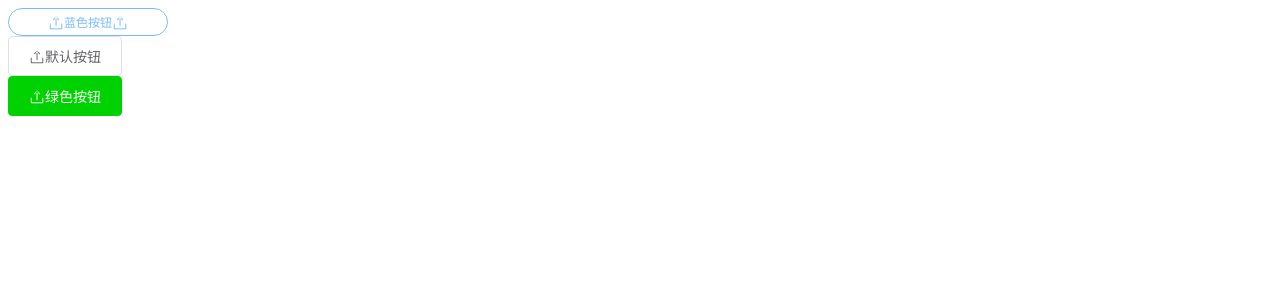
Repository: Cherry-pan/component-packing
Page: /
An editor plug-in stored every save of this project. The page is shown before and after the next save, followed by the edit.
The browser window is 1280 px wide. The pictures show the whole page.
The project was rebuilt for these pictures with package versions that can differ from the ones it lists, and the page was loaded fresh each time. Also part of the build but not shown: vue.config.js.

Above is the page before, as saved 2022-04-30 15:21:00.

### index.html
<!DOCTYPE html>
<html>
  <head>
    <meta charset="utf-8">
    <meta name="viewport" content="width=device-width,initial-scale=1.0">
    <title>component-packing</title>
  </head>
  <body>
    <div id="app"></div>
    <!-- built files will be auto injected -->
  </body>
</html>

### src/main.js
// The Vue build version to load with the `import` command
// (runtime-only or standalone) has been set in webpack.base.conf with an alias.
import Vue from 'vue'
import App from './App'
import router from './router'

Vue.config.productionTip = false
// 引入icon css样式
import "./styles/icon/iconfont.css"
/* eslint-disable no-new */
new Vue({
  el: '#app',
  router,
  components: { App },
  template: '<App/>'
})

### src/styles/icon/iconfont.css
@font-face {
  font-family: "iconfont"; /* Project id 3369880 */
  src:url('iconfont.ttf?t=1651302272505') format('truetype');
}

.iconfont {
  font-family: "iconfont" !important;
  font-size: 16px;
  font-style: normal;
  -webkit-font-smoothing: antialiased;
  -moz-osx-font-smoothing: grayscale;
}

.icon-shangchuan:before {
  content: "\e600";
}

### src/components/Home.vue
<template>
  <div>
    <AButton type="primary" border round disabled size="mini" minWidth="160px" prefix="shangchuan" suffix="shangchuan">
      蓝色按钮
    </AButton>
    <AButton>
      默认按钮
    </AButton>
    <AButton type="success">
      绿色按钮
    </AButton>
  </div>
</template>

<script>
export default {
  name: "Home",
  components: {
    AButton: () => import("@/components/button/Button.vue")
  },

  data() {
    return {};
  }
};
</script>

<!-- Add "scoped" attribute to limit CSS to this component only -->
<style scoped></style>

### src/components/button/Button.vue
<template>
  <div>
    <button
      :class="[theme, isBorder, isRound, specifications]"
      :disabled="disabled"
      class="a-button"
      :style="[minWidthCss]"
    >
      <span>
        <i class="iconfont icon-prefix icon-shangchuan" :class="iconPrefix"></i>
        <slot></slot>
        <i class="iconfont icon-suffix" :class="iconSuffix"></i>
      </span>
    </button>
  </div>
</template>

<script>
export default {
  name: "Button",
  props: {
    //   类型
    type: {
      type: String,
      default: ""
    },
    // 边框
    border: Boolean, //默认是false
    // 圆角
    round: Boolean,
    // 是否禁用
    disabled: Boolean,
    size: {
      type: String,
      default: ""
    },
    minWidth: {
      type: String,
      default: ""
    },
    prefix: {
      type: String,
      default: ""
    },
    suffix:{
        type:String,
        default:""
    }
  },
  computed: {
    // 监听变化
    theme() {
      console.log(this.type);
      // 如果有值，返回
      return this.type ? `a-button-${this.type}` : "";
    },
    isBorder() {
      return this.border ? "is-border" : "";
    },
    isRound() {
      console.log(this.round);
      return this.round ? "is-round" : "";
    },
    specifications() {
      return this.size ? `a-button-${this.size}` : "";
    },
    minWidthCss() {
      // 如果没有值，返回空，有值拼接css样式
      if (!this.minWidth) {
        return "";
      }
      return { "min-width": this.minWidth };
    },
    iconPrefix() {
      return this.prefix ? `icon-${this.prefix}` : "";
    },
    iconSuffix(){
        return this.suffix ? `icon-${this.suffix}`:""
    }
  },
  data() {
    return {};
  },

  mounted() {},

  methods: {}
};
</script>

<style lang="scss" scoped>
.a-button {
  padding: 0 20px 0 20px;
  border-width: 1px;
  border-color: #dcdfe6;
  border-style: solid;
  border-radius: 4px;
  background-color: white;
  font-size: 14px;
  color: #606266;
  height: 40px;
  line-height: 40px;
  > span {
    display: flex;
    align-items: center;
    justify-content: center;
  }
}
// 禁用 透明度
.a-button[disabled] {
  opacity: 0.7;
  // 鼠标变成禁用
  cursor: not-allowed;
}
.a-button-primary {
  border-color: #409eff;
  background-color: #409eff;
  color: white;
  &.is-border {
    background-color: transparent;
    color: #409eff;
  }
}
.a-button-success {
  border-color: #00d100;
  background-color: #00d100;
  color: white;
  &.is-border {
    background-color: transparent;
    color: #00d100;
  }
}
.a-button-warning {
  border-color: #e6a23c;
  background-color: #e6a23c;
  color: white;
  &.is-border {
    background-color: transparent;
    color: #e6a23c;
  }
}
.a-button-danger {
  border-color: #f56c6c;
  background-color: #f56c6c;
  color: white;
  &.is-border {
    background-color: transparent;
    color: #f56c6c;
  }
}
// 圆角
.is-round {
  border-radius: 100px;
}
// 尺寸
.a-button-medium {
  height: 36px;
  line-height: 36px;
}
.a-button-small {
  height: 32px;
  line-height: 32px;
  font-size: 12px;
  padding: 0 15px 0 15px;
}
.a-button-mini {
  height: 28px;
  line-height: 28px;
  font-size: 12px;
  padding: 0 15px 0 15px;
}
</style>

Loaded but not shown: src/App.vue (common file); src/router/index.js (common file)

After the next save:
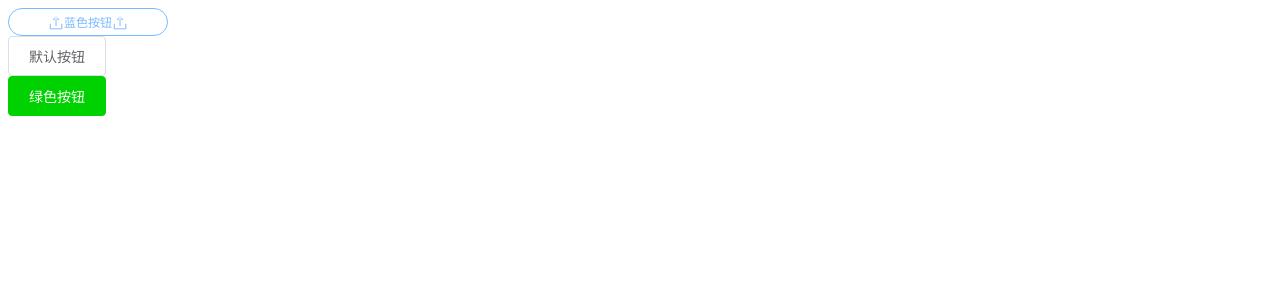
Saved 2 min 15 s later.
--- a/src/components/button/Button.vue
+++ b/src/components/button/Button.vue
@@ -7,9 +7,9 @@
       :style="[minWidthCss]"
     >
       <span>
-        <i class="iconfont icon-prefix icon-shangchuan" :class="iconPrefix"></i>
+        <i v-if="iconPrefix" class="iconfont icon-prefix icon-shangchuan" :class="iconPrefix"></i>
         <slot></slot>
-        <i class="iconfont icon-suffix" :class="iconSuffix"></i>
+        <i v-if="iconSuffix" class="iconfont icon-suffix" :class="iconSuffix"></i>
       </span>
     </button>
   </div>
